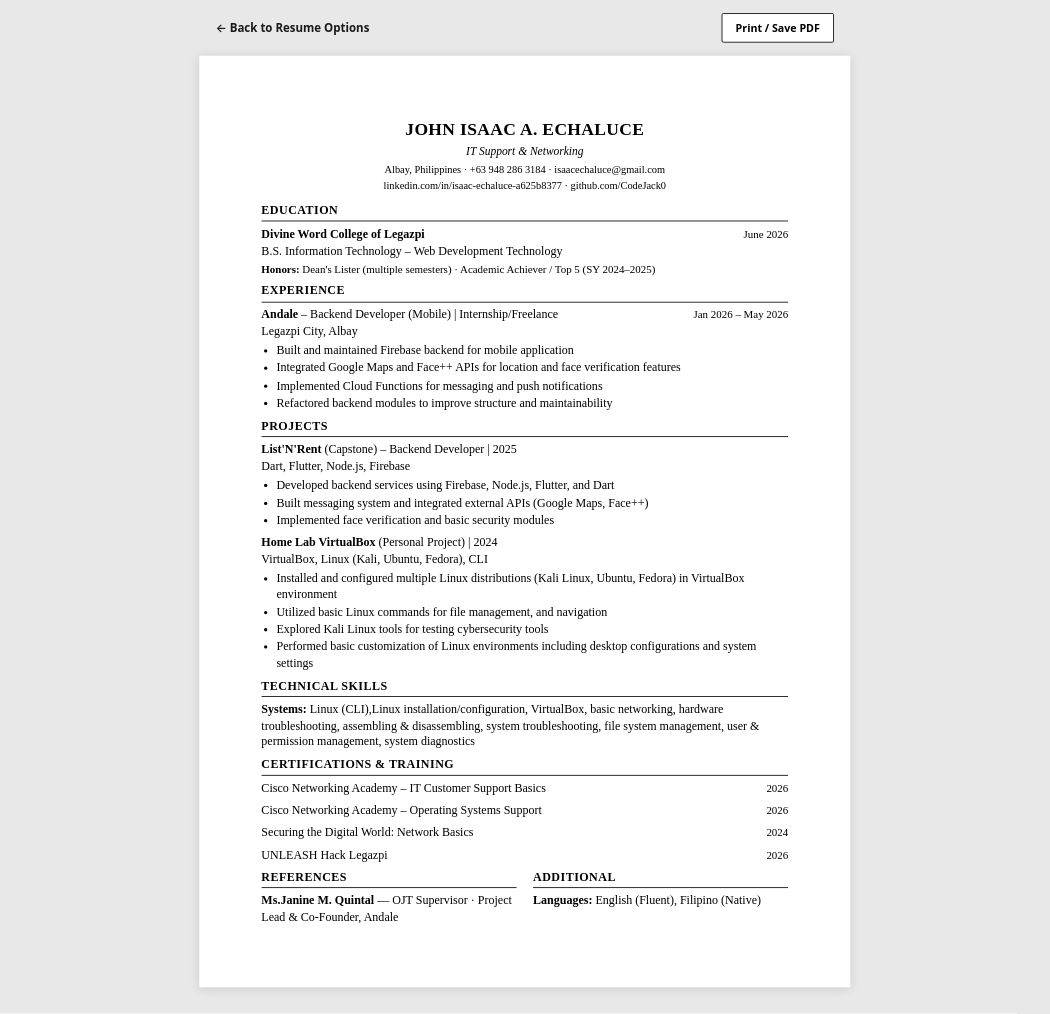
Repository: CodeJack0/Professional_Portfolio
Page: pages/resume_networking.html
These files come from the project's save history. The page is drawn as it stood at one moment and after the next save; the edit follows.
The browser window is 1280 px wide. The pictures show the whole page, at 82% of full size.

Above is the page before, as saved 2026-05-30 09:26:30.

### pages/resume_networking.html
<!DOCTYPE html>
<html lang="en">
<head>
  <meta charset="UTF-8" />
  <meta name="viewport" content="width=device-width, initial-scale=1.0" />
  <meta name="description" content="Resume / CV — John Isaac A. Echaluce, IT Graduate" />
  <title>Resume / CV — John Isaac A. Echaluce</title>
  <link rel="stylesheet" href="../css/resume.css" />
</head>
<body class="resume-page">
  <div class="resume-toolbar no-print">
    <a href="resumes.html" class="toolbar-link">← Back to Resume Options</a>
    <button type="button" class="toolbar-btn" onclick="window.print()">Print / Save PDF</button>
  </div>

  <article class="resume-document" aria-label="Resume">
    <header class="resume-header">
      <h1 class="resume-name">John Isaac A. Echaluce</h1>
      <p class="resume-tagline">IT Support &amp; Networking</p>
      <p class="resume-contact-line">
        Albay, Philippines · <a href="tel:+639482863184">+63 948 286 3184</a> ·
        <a href="mailto:isaacechaluce@gmail.com">isaacechaluce@gmail.com</a>
      </p>
      <p class="resume-contact-line resume-contact-line--links">
        <a href="https://www.linkedin.com/in/isaac-echaluce-a625b8377/" rel="noopener noreferrer">linkedin.com/in/isaac-echaluce-a625b8377</a> ·
        <a href="https://github.com/CodeJack0" rel="noopener noreferrer">github.com/CodeJack0</a>
      </p>
    </header>

    <main class="resume-content">
      <section class="resume-section">
        <h2 class="resume-section-title">Education</h2>

        <div class="entry">
          <div class="entry-row">
            <span class="entry-left"><strong>Divine Word College of Legazpi</strong></span>
            <span class="entry-right">June 2026</span>
          </div>
          <div class="entry-row entry-row--sub">
            <span class="entry-left">B.S. Information Technology – Web Development Technology</span>
          </div>
          <p class="honors-line">
            <strong>Honors:</strong> Dean's Lister (multiple semesters) · Academic Achiever / Top 5 (SY 2024–2025)
          </p>
        </div>
      </section>

      <section class="resume-section">
        <h2 class="resume-section-title">Experience</h2>

        <div class="entry">
          <div class="entry-row">
            <span class="entry-left"><strong>Andale</strong> – Backend Developer (Mobile) | Internship/Freelance</span>
            <span class="entry-right">Jan 2026 – May 2026</span>
          </div>
          <div class="entry-row entry-row--sub">
            <span class="entry-left">Legazpi City, Albay</span>
          </div>
          <ul class="resume-list">
            <li>Built and maintained Firebase backend for mobile application</li>
            <li>Integrated Google Maps and Face++ APIs for location and face verification features</li>
            <li>Implemented Cloud Functions for messaging and push notifications</li>
            <li>Refactored backend modules to improve structure and maintainability</li>
          </ul>
        </div>
      </section>

      <section class="resume-section">
        <h2 class="resume-section-title">Projects</h2>

        <div class="entry">
          <div class="entry-row">
            <span class="entry-left"><strong>List'N'Rent</strong> (Capstone) – Backend Developer | 2025</span>
            <span class="entry-right"></span>
          </div>
          <div class="entry-row entry-row--sub">
            <span class="entry-left">Dart, Flutter, Node.js, Firebase</span>
          </div>
          <ul class="resume-list">
            <li>Developed backend services using Firebase, Node.js, Flutter, and Dart</li>
            <li>Built messaging system and integrated external APIs (Google Maps, Face++)</li>
            <li>Implemented face verification and basic security modules</li>
          </ul>
        </div>

        <div class="entry">
          <div class="entry-row">
            <span class="entry-left"><strong>Home Lab VirtualBox</strong> (Personal Project) | 2024</span>
            <span class="entry-right"></span>
          </div>
          <div class="entry-row entry-row--sub">
            <span class="entry-left">VirtualBox, Linux (Kali, Ubuntu, Fedora), CLI</span>
          </div>
          <ul class="resume-list">
            <li>Installed and configured multiple Linux distributions (Kali Linux, Ubuntu, Fedora) in VirtualBox environment</li>
            <li>Utilized basic Linux commands for  file management, and navigation</li>
            <li>Explored Kali Linux tools for testing cybersecurity tools</li>
            <li>Performed basic customization of Linux environments including desktop configurations and system settings</li>
          </ul>
        </div>


      <section class="resume-section">
        <h2 class="resume-section-title">Technical Skills</h2>
        <p class="skills-line"><strong>Systems:</strong> Linux (CLI),Linux installation/configuration, VirtualBox, basic networking, hardware troubleshooting, assembling &amp; disassembling, system troubleshooting, file system management, user &amp; permission management, system diagnostics</p>
      </section>

      <section class="resume-section">
        <h2 class="resume-section-title">Certifications & Training</h2>

        <div class="entry entry--compact">
          <div class="entry-row">
            <span class="entry-left">Cisco Networking Academy – IT Customer Support Basics</span>
            <span class="entry-right">2026</span>
          </div>
        </div>

        <div class="entry entry--compact">
          <div class="entry-row">
            <span class="entry-left">Cisco Networking Academy – Operating Systems Support</span>
            <span class="entry-right">2026</span>
          </div>
        </div>

        <div class="entry entry--compact">
          <div class="entry-row">
            <span class="entry-left">Securing the Digital World: Network Basics</span>
            <span class="entry-right">2024</span>
          </div>
        </div>

        <div class="entry entry--compact">
          <div class="entry-row">
            <span class="entry-left">UNLEASH Hack Legazpi</span>
            <span class="entry-right">2026</span>
          </div>
        </div>
      </section>

      <section class="resume-section resume-section--combined">
        <div class="resume-two-col">
          <div>
            <h2 class="resume-section-title">References</h2>
            <p class="skills-line"><strong>Ms.Janine M. Quintal</strong> — OJT Supervisor · Project Lead &amp; Co-Founder, Andale</p>
          </div>
          <div>
            <h2 class="resume-section-title">Additional</h2>
            <p class="skills-line"><strong>Languages:</strong> English (Fluent), Filipino (Native)</p>
          </div>
        </div>
      </section>
    </main>
  </article>
</body>
</html>

### css/resume.css
/* Harvard-style resume — conservative, single column, print-first (A4) */

:root {
  --resume-page-width: 210mm;
  --resume-page-height: 297mm;
  --resume-page-margin: 20mm;
}

*,
*::before,
*::after {
  box-sizing: border-box;
}

body.resume-page {
  margin: 0;
  font-family: "Times New Roman", Times, Georgia, serif;
  font-size: 11pt;
  line-height: 1.35;
  color: #000;
  background: #e8e8e8;
  -webkit-font-smoothing: antialiased;
}

/* Toolbar (screen only) */
.resume-toolbar {
  display: flex;
  align-items: center;
  justify-content: space-between;
  max-width: var(--resume-page-width);
  margin: 0 auto;
  padding: 1rem 1.25rem;
  gap: 1rem;
  font-family: system-ui, -apple-system, sans-serif;
}

.toolbar-link {
  font-size: 0.875rem;
  font-weight: 600;
  color: #1a1a1a;
  text-decoration: none;
}

.toolbar-link:hover {
  text-decoration: underline;
}

.toolbar-btn {
  font-family: inherit;
  font-size: 0.8125rem;
  font-weight: 600;
  padding: 0.5rem 1rem;
  border: 1px solid #000;
  border-radius: 2px;
  background: #fff;
  color: #000;
  cursor: pointer;
}

.toolbar-btn:hover {
  background: #f5f5f5;
}

/* Document */
.resume-document {
  width: 100%;
  max-width: var(--resume-page-width);
  min-height: var(--resume-page-height);
  margin: 0 auto 2rem;
  padding: var(--resume-page-margin);
  background: #fff;
  box-shadow: 0 2px 12px rgba(0, 0, 0, 0.12);
}

/* Header */
.resume-header {
  text-align: center;
  margin-bottom: 0.65rem;
}

.resume-name {
  font-size: 16pt;
  font-weight: 700;
  margin: 0 0 0.25rem;
  letter-spacing: 0.02em;
  text-transform: uppercase;
}

.resume-tagline {
  margin: 0;
  font-size: 10.5pt;
  font-style: italic;
}

.resume-summary {
  margin: 0.35rem auto 0;
  max-width: 95%;
  font-size: 10pt;
  line-height: 1.4;
  text-align: center;
}

.resume-contact-line {
  margin: 0.2rem 0 0;
  font-size: 9.5pt;
  line-height: 1.45;
}

.resume-contact-line--links {
  margin-top: 0.1rem;
}

.resume-contact-line a {
  color: inherit;
  text-decoration: none;
}

.resume-contact-line a:hover {
  text-decoration: underline;
}

.honors-line {
  margin: 0.2rem 0 0;
  font-size: 10pt;
  line-height: 1.35;
}

.entry-note {
  margin: 0.15rem 0 0;
  font-size: 9.5pt;
  font-style: italic;
  line-height: 1.35;
}

/* Sections */
.resume-content {
  margin: 0;
}

.resume-section {
  margin-bottom: 0.45rem;
}

.entry--compact {
  margin-bottom: 0.2rem;
}

.resume-two-col {
  display: grid;
  grid-template-columns: 1fr 1fr;
  gap: 1.25rem;
  align-items: start;
}

.resume-two-col .resume-section-title {
  margin-top: 0;
}

.resume-section--combined {
  margin-bottom: 0;
}

.skills-line--muted {
  font-size: 9.5pt;
  font-style: italic;
}

.resume-section:last-child {
  margin-bottom: 0;
}

.resume-section-title {
  font-size: 11pt;
  font-weight: 700;
  text-transform: uppercase;
  letter-spacing: 0.04em;
  margin: 0.5rem 0 0.35rem;
  padding-bottom: 0.15rem;
  border-bottom: 1px solid #000;
}

.resume-section:first-child .resume-section-title {
  margin-top: 0;
}

/* Entries */
.entry {
  margin-bottom: 0.45rem;
}

.entry:last-child {
  margin-bottom: 0;
}

.entry-row {
  display: flex;
  justify-content: space-between;
  align-items: baseline;
  gap: 1rem;
}

.entry-row--sub {
  margin-top: 0.05rem;
}

.entry-left {
  flex: 1;
  min-width: 0;
}

.entry-right {
  flex-shrink: 0;
  white-space: nowrap;
  font-size: 10pt;
}

/* Lists */
.resume-list {
  margin: 0.2rem 0 0;
  padding-left: 1.15rem;
}

.resume-list li {
  margin-bottom: 0.1rem;
}

.resume-list--plain {
  list-style: disc;
  padding-left: 1.15rem;
}

/* Skills */
.skills-line {
  margin: 0.15rem 0 0;
}

.skills-line:first-of-type {
  margin-top: 0.1rem;
}

.resume-section--inline .skills-line {
  margin-top: 0.1rem;
}

/* Responsive */
@media (max-width: 640px) {
  .resume-document {
    min-height: auto;
    padding: 1rem;
  }

  .resume-contact-line {
    font-size: 9pt;
  }

  .entry-row {
    flex-direction: column;
    gap: 0.1rem;
  }

  .entry-right {
    white-space: normal;
  }

  .resume-two-col {
    grid-template-columns: 1fr;
    gap: 0.5rem;
  }
}

/* Print */
@media print {
  @page {
    size: A4;
    margin: 0;
  }

  body.resume-page {
    background: #fff;
    font-size: 11pt;
  }

  .no-print {
    display: none !important;
  }

  .resume-document {
    max-width: none;
    min-height: auto;
    margin: 0;
    padding: var(--resume-page-margin);
    box-shadow: none;
  }

  .resume-contact-line a {
    text-decoration: none;
  }

  .entry,
  .resume-section {
    break-inside: avoid;
  }
}

After the next save:
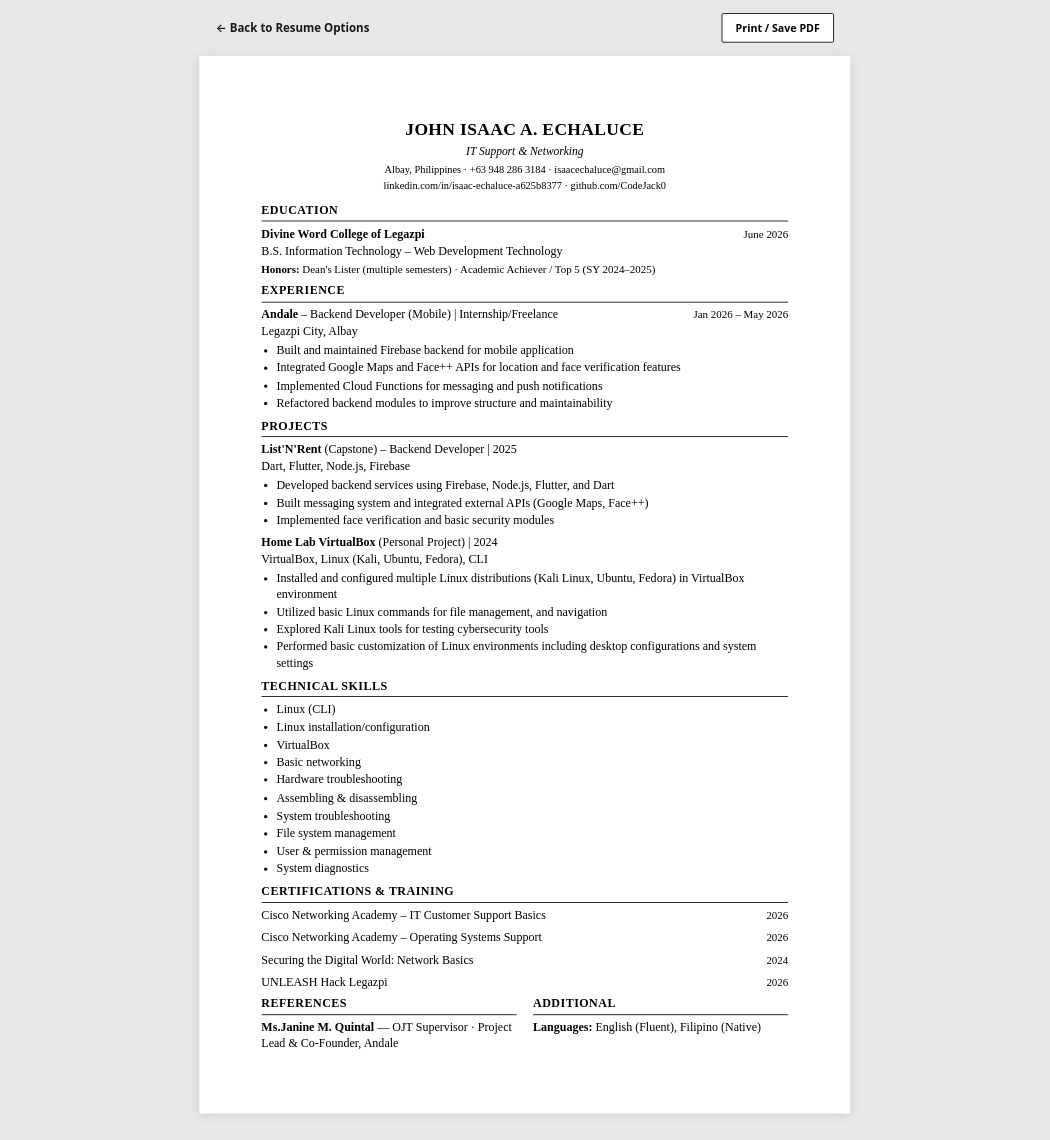
Saved 3 min 8 s later.
--- a/pages/resume_networking.html
+++ b/pages/resume_networking.html
@@ -102,7 +102,22 @@
 
       <section class="resume-section">
         <h2 class="resume-section-title">Technical Skills</h2>
-        <p class="skills-line"><strong>Systems:</strong> Linux (CLI),Linux installation/configuration, VirtualBox, basic networking, hardware troubleshooting, assembling &amp; disassembling, system troubleshooting, file system management, user &amp; permission management, system diagnostics</p>
+        <div class="skills-grid">
+          <ul class="resume-list resume-list--plain">
+            <li>Linux (CLI)</li>
+            <li>Linux installation/configuration</li>
+            <li>VirtualBox</li>
+            <li>Basic networking</li>
+            <li>Hardware troubleshooting</li>
+          </ul>
+          <ul class="resume-list resume-list--plain">
+            <li>Assembling &amp; disassembling</li>
+            <li>System troubleshooting</li>
+            <li>File system management</li>
+            <li>User &amp; permission management</li>
+            <li>System diagnostics</li>
+          </ul>
+        </div>
       </section>
 
       <section class="resume-section">
